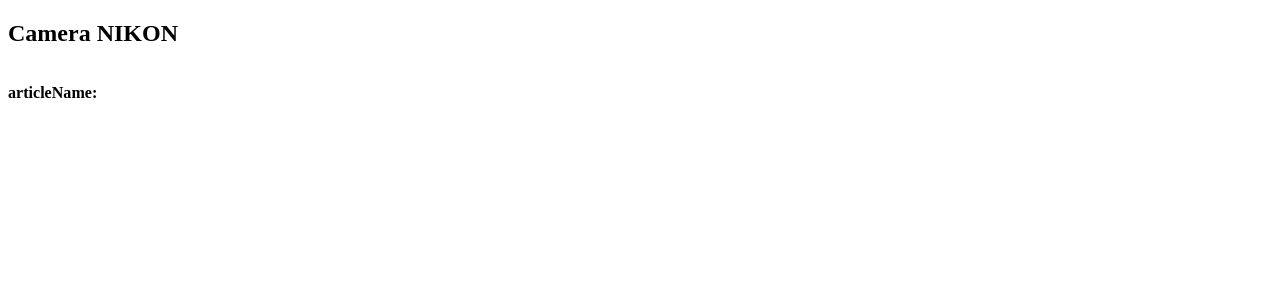
Repository: FS-23/react-get-started-demos
Page: /
The author's editor kept a copy of each file at every save. The page is drawn from the files as they stood at one save, then again after the next save.
The browser window is 1280 px wide. The pictures show the whole page.
The project was rebuilt for these pictures with package versions that can differ from the ones it lists, and the page was loaded fresh each time. Also part of the build but not shown: src/pages/Home.js, src/pages/Contact.js.

Above is the page before, as saved 2022-04-28 11:41:51.

### src/App.js

import './css/index.css'
import Home from './pages/Home.js'
import Contact from './pages/Contact'
import TaskList from './components/TaskList'
import Counter from './components/Counter'

import Artcle from './components/Article'
function App() {

  return (
    <div >
         {/* <Home title="Home page 1"  username="Youssef" />
         <Home title="Home page 2" /> */}

         <div style={{display: 'none'}}>
          <TaskList style={{display: 'none'}} />
          <Counter />
         </div>

         <Artcle title="Camera NIKON"/>
         {/* <Artcle title="PC HP"/>
         <Artcle title="Souris"/>  */}

    </div>
  );
}



export default App;

### src/css/index.css
.bg-danger {
    background-color: brown;
}

### src/components/TaskList.js
import TaskItem from "./TaskItem"
function TaskList(){

    let list = [
        {id: 1 ,color:"green" , title: "Learn reactJs" , description: "Learn reactJs documentation"},
        {id: 2 ,color: "blue", title: "Learn PHP" , description: "Learn PHP documentation"},
        {id: 3 , title:  "Learn Laravel" , color:"red", description: "Learn Laravel documentation"},
    ]

    return (
         <div>
             <h4>------------ Tasks list -----------------</h4>
             {list.map((task , index) => <TaskItem task_element = {task} key={index}/>)}
         </div>
    )
}

export default TaskList

### src/components/Counter.js
import {useState} from 'react'
function Counter (props){
    let  [count , setCount] = useState(0)
    const [bgColor , setBgColor] = useState('grey')

    function hundleOnClick(){
        let count1 = count + 1
        setCount(count1)
        if(count1 >= 10) setBgColor('green')
        if(count1 >= 20) setBgColor('orange')
    }
    console.log('userState 1',  useState(78))

    // setTimeout( function(){
    //     setCount(10)
    //     console.log('count:', count)
    // },3000)


    return (
        <>
           <div>---------- counter component ----------</div>
           <div onClick={hundleOnClick} style={{width: '500px', height: "100px", backgroundColor: bgColor}}>
                <h2>{count} click</h2>

                 <h6>Click me</h6>
           </div>
        </>
    )
}

export default Counter

### src/components/Article.js

import { useState } from 'react'
function Article(props){
    let [articleName , setArtcleName] = useState('')
    console.log('article props:', props)
    return (
        <h2>
            {props.title}

           <h6> articleName:  {articleName}</h6>
        </h2>
    )
}

export default Article

### src/components/TaskItem.js
function TaskItem (props){
    console.log('props:', props)
    return(
        <div className="bg-danger" style={{backgroundColor: props.task_element.color}}>

            <h1>{props.task_element.title}</h1>
            <p>{props.task_element.description}</p>
        </div>
    )
}

export default TaskItem

Loaded but not shown: public/index.html (common file); src/index.js (common file)

After the next save:
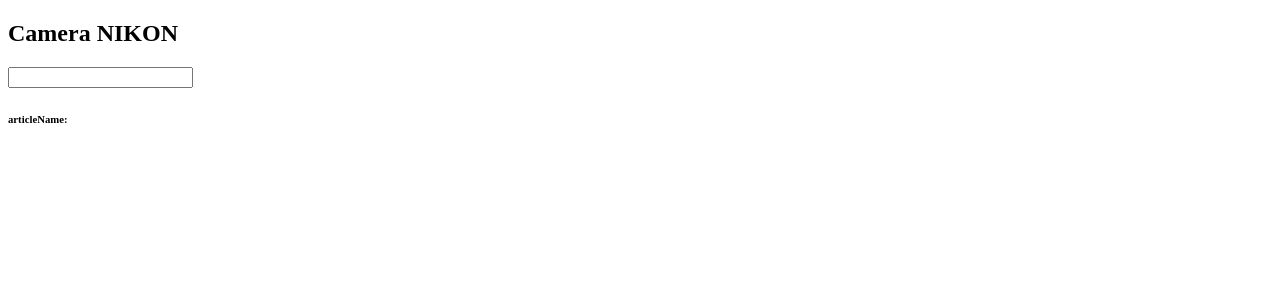
Saved 89 s later.
--- a/src/components/Article.js
+++ b/src/components/Article.js
@@ -4,11 +4,19 @@
     let [articleName , setArtcleName] = useState('')
     console.log('article props:', props)
     return (
-        <h2>
-            {props.title}
+       <>
+                <h2>
+                    {props.title}
+                </h2>
 
-           <h6> articleName:  {articleName}</h6>
-        </h2>
+
+
+                <div>
+                   <input type="text"  />
+                   <h6> articleName:  {articleName}</h6>
+                </div>
+
+       </>
     )
 }
 
